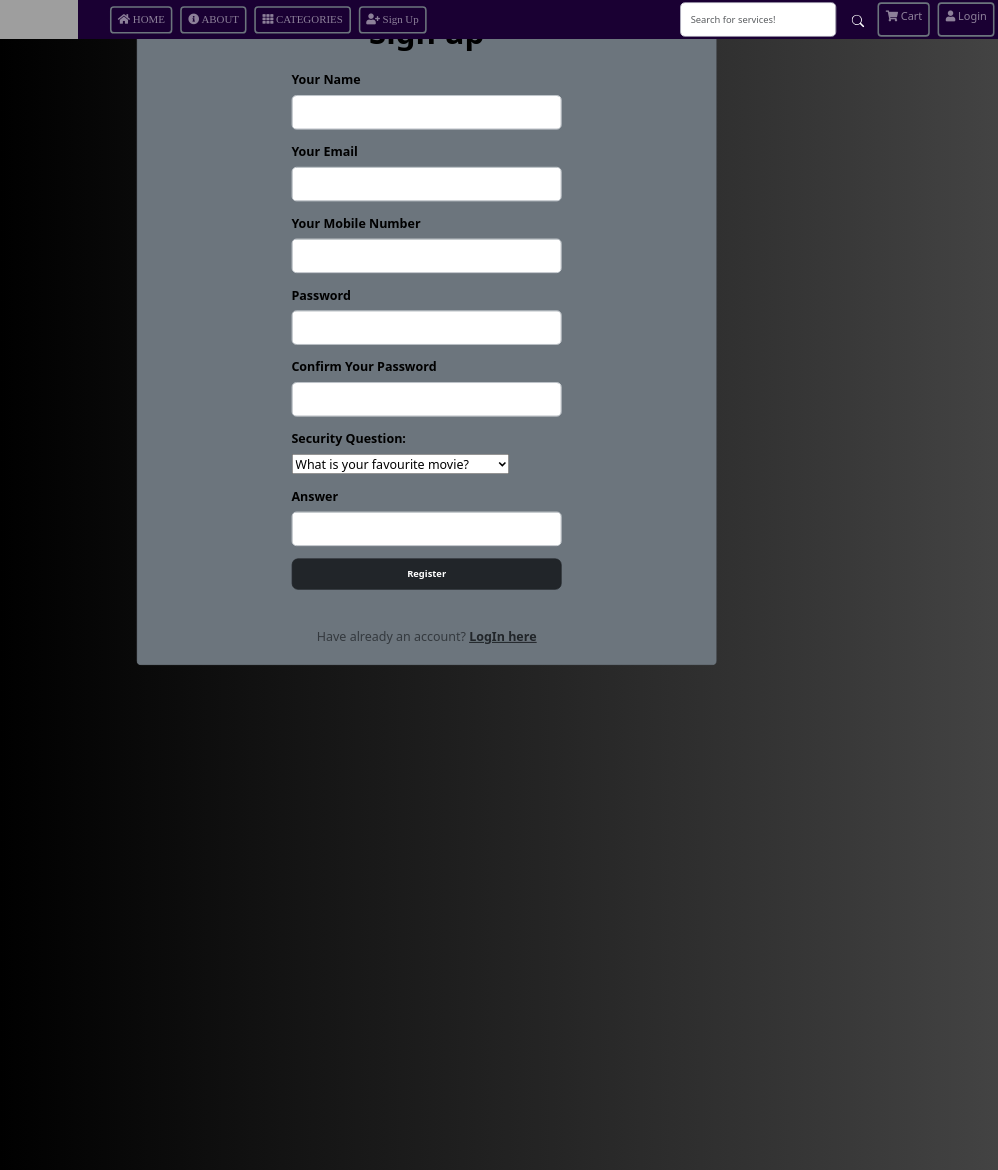
Repository: Ishanibmk/MOVIOT---An-OTT-Platform-using-Java-and-Springboot
Page: http://localhost/OTT/WEB-INF/view/signup.jsp
These files come from the project's save history. The page is drawn as it stood at one moment and after the next save; the edit follows.
The browser window is 1280 px wide. The pictures show the whole page, at 78% of full size.
Pictures or frames that could not be fetched are drawn as grey boxes. Some web libraries are served in a nearby version. The page is served by Tomcat 9. Nobody is signed in. Other server files are loaded and not shown. The template is opened directly, without the code that normally fills it, so the values that code supplies are empty.

Above is the page before, as saved 2024-03-02 14:25:02.

### Moviot/MOVIOT-main/ott/OTT/src/main/webapp/WEB-INF/view/signup.jsp
<%@ page language="java" contentType="text/html; charset=ISO-8859-1"
    pageEncoding="ISO-8859-1"%>
<jsp:include page="index_header.jsp" />
<!doctype html>
<html lang="en">
<head>
    <meta charset="utf-8">
    <meta name="viewport" content="width=device-width, initial-scale=1">
    <title>Registration Form For User</title>
    <link href="https://cdn.jsdelivr.net/npm/bootstrap@5.3.0-alpha1/dist/css/bootstrap.min.css" rel="stylesheet"
          integrity="sha384-GLhlTQ8iRABdZLl6O3oVMWSktQOp6b7In1Zl3/Jr59b6EGGoI1aFkw7cmDA6j6gD" crossorigin="anonymous">
  <style>
    body {
        background: linear-gradient(to right, #000000, #434343); /* Gradient background */
        color: #ffffff; /* White text color */
        min-height: 100vh; /* Ensure the background covers the full viewport height */
        margin: 0; /* Remove default margin */
        padding-top: 50px; /* Add padding on top */
    }
    .form-container {
        display: flex;
        justify-content: center;
        align-items: center;
        height: calc(100vh - 50px); /* Full viewport height minus padding */
    }
    .card {
        padding-top: 30px; /* Add space on the top of the card */
        margin-top: 30px; /* Add margin on the top of the card */
        max-width: calc(16vh * 9); /* Set maximum width for the card based on 9:16 ratio */
        width: 80%; /* Adjust the width of the card */
    }
    .form-label {
        font-size: 16px; /* Adjust font size of form labels */
    }
    .form-control {
        font-size: 12px; /* Adjust font size of form input fields */
        padding: 12px; /* Adjust padding of form input fields */
    }
    .btn-lg {
        font-size: 12px; /* Adjust font size of buttons */
        padding: 10px 20px; /* Adjust padding of buttons */
    }
</style>

</head>
<body>
<section class="form-container">
    <div class="col-lg-12 col-xl-9" >
        <div class="card text-black bg-secondary">
            <div class="card-body p-md-4">
                <div class="row justify-content-center">
                    <div class="col-md-10 col-lg-8 col-xl-7 order-2 order-lg-1">
                        <p class="text-center h1 fw-bold mb-4 mx-1 mx-md-4 mt-3"><b>Sign up</b></p>
                        <form action="regprocess" method="post" class="mx-1 mx-md-4">




                            <div class="mb-3">
                                <label for="validationDefault01" class="form-label"><b>Your Name</b></label>
                                <input type="text" id="validationDefault01" name="uname" class="form-control" required/>
                            </div>
                            <div class="mb-3">
                                <label class="form-label" for="form3Example3c"><b>Your Email</b></label>
                                <input type="email" id="form3Example3c" name="uemail" class="form-control"/>
                            </div>
                            <div class="mb-3">
                                <label class="form-label" for="form3Example3c"><b>Your Mobile Number</b></label>
                                <input type="mobile" id="form3Example3c" name="uphno" class="form-control"/>
                            </div>
                            <div class="mb-3">
                                <label class="form-label" for="form3Example4c"><b>Password</b></label>
                                <input type="password" id="form3Example4c" name="upass" class="form-control"/>
                            </div>
                            <div class="mb-3">
                                <label class="form-label" for="form3Example4cd"><b>Confirm Your Password</b></label>
                                <input type="password" id="form3Example4cd" name="conpass" class="form-control"/>
                            </div>
                            <div class="mb-3">
                                <label class="form-label" for="form3Example4cd"><b>Security Question:</b></label>
                                <select name="SecurityQuestion" class="backup" required>
                                    <option value="What was the name of your childhood friend?">What is your favourite movie?</option>
                                    <option value="What was the name of your first car?">Which movie makes you cry?</option>
                                    <option value="What is your favourate food?">What movie makes you feel good?</option>
                                </select>
                            </div>
                            <div class="mb-3">
                                <label class="form-label" for="form3Example4cd"><b>Answer</b></label>
                                <input type="text" id="form3Example4cd" name="uans" class="form-control"/>
                            </div>
                            <div class="d-grid gap-2">
                                <button type="submit" class="btn btn-dark btn-lg"><b>Register</b></button>
                            </div>
                            <p class="text-center text-muted mt-5 mb-0">Have already an account? <a href='login.jsp'
                                                                                                    class="fw-bold text-body"><u>LogIn
                                    here</u></a></p>
                        </form>
                    </div>
                </div>
            </div>
        </div>
    </div>
</section>


<script src="https://cdn.jsdelivr.net/npm/bootstrap@5.3.0-alpha1/dist/js/bootstrap.bundle.min.js"
        integrity="sha384-w76AqPfDkMBDXo30jS1Sgez6pr3x5MlQ1ZAGC+nuZB+EYdgRZgiwxhTBTkF7CXvN"
        crossorigin="anonymous"></script>
</body>
</html>

### Moviot/MOVIOT-main/ott/OTT/src/main/webapp/WEB-INF/view/index_header.jsp
<!DOCTYPE html>
<html lang="en">
<head>
  <title>OTT PLATFORM</title>
  <meta charset="utf-8">
  <meta name="viewport" content="width=device-width, initial-scale=1">
  <link rel="stylesheet" href="https://maxcdn.bootstrapcdn.com/bootstrap/4.0.0-beta.2/css/bootstrap.min.css">
  <script src="https://ajax.googleapis.com/ajax/libs/jquery/3.2.1/jquery.min.js"></script>
  <script src="https://cdnjs.cloudflare.com/ajax/libs/popper.js/1.12.6/umd/popper.min.js"></script>
  <script src="https://maxcdn.bootstrapcdn.com/bootstrap/4.0.0-beta.2/js/bootstrap.min.js"></script>
  <!-- Add Font Awesome CDN -->
  <link rel="stylesheet" href="https://cdnjs.cloudflare.com/ajax/libs/font-awesome/5.15.4/css/all.min.css">
  <style>
    /* Custom CSS for navbar styling */
    .navbar {
      background-color: hsl(270, 100%, 10%); /* Dark background color */
      height: 50px; /* Adjust the height as needed */
    }
    .navbar-brand img {
      margin-right: 20px; /* Adjust as needed */
    }
    .navbar-nav .nav-item {
      border: 2px solid #6c757d; /* Gray border */
      border-radius: 5px;
      margin: 0 5px;
    }
    .navbar-nav .nav-link {
      padding: 5px 10px; /* Adjust padding */
      font-size: 14px; /* Adjust font size */
      color: #fff; /* White text color */
    }
    .navbar-nav .nav-item:hover .nav-link {
      background-color: black; /* Gray background color */
    }
    .navbar-nav .form-control {
      margin-right: 10px; /* Adjust as needed */
    }
    .navbar-nav .btn-outline-light {
      color: #fff; /* White text color */
    }
  </style>
</head>
<body style="height:1500px">
<nav class="navbar navbar-expand-sm navbar-dark fixed-top">
  <a class="navbar-brand" href="#"><img src="https://static.vecteezy.com/system/resources/previews/002/700/780/original/neon-cinema-film-in-purple-and-violet-color-illustration-of-cinema-film-with-play-icon-consisting-of-neon-outlines-with-backlight-on-the-dark-brick-wall-background-vector.jpg" width="100" height="50"> </a>
  <ul class="navbar-nav mr-auto">
    <li class="nav-item">
      <a class="nav-link" href="index" style="font-family: Nunito;"><i class="fas fa-home"></i> HOME</a>
    </li>
    <li class="nav-item">
      <a class="nav-link" href="about" style="font-family: Nunito;"><i class="fas fa-info-circle"></i> ABOUT</a>
    </li>
    <li class="nav-item">
      <a class="nav-link" href="catagory" style="font-family: Nunito;"><i class="fas fa-th"></i> CATEGORIES</a>
    </li>
    <li class="nav-item">
      <a class="nav-link" href="signup" style="font-family: Nunito;"><i class="fas fa-user-plus"></i> Sign Up</a>
    </li>
  </ul>
  <ul class="navbar-nav ml-auto">
    <form class="form-inline my-2 my-lg-0">
      <input class="form-control mr-sm-2" type="search" placeholder="Search for services!" aria-label="Search">
      <button class="btn btn-outline-light my-2 my-sm-0" type="submit" style="border: none;">
        <svg xmlns="http://www.w3.org/2000/svg" width="16" height="16" fill="currentColor" class="bi bi-search" viewBox="0 0 16 16">
          <path d="M11.742 10.344a6.5 6.5 0 1 0-1.397 1.398h-.001c.03.04.062.078.098.115l3.85 3.85a1 1 0 0 0 1.415-1.414l-3.85-3.85a1.007 1.007 0 0 0-.115-.1zM12 6.5a5.5 5.5 0 1 1-11 0 5.5 5.5 0 0 1 11 0z"/>
        </svg>
      </button>
    </form>
    <li class="nav-item">
      <a class="nav-link" href="#"><i class="fas fa-shopping-cart"></i> Cart</a>
    </li>
    <li class="nav-item">
      <a class="nav-link" href="#"><i class="fas fa-user"></i> Login</a>
    </li>
  </ul>
</nav>
</body>
</html>

After the next save:
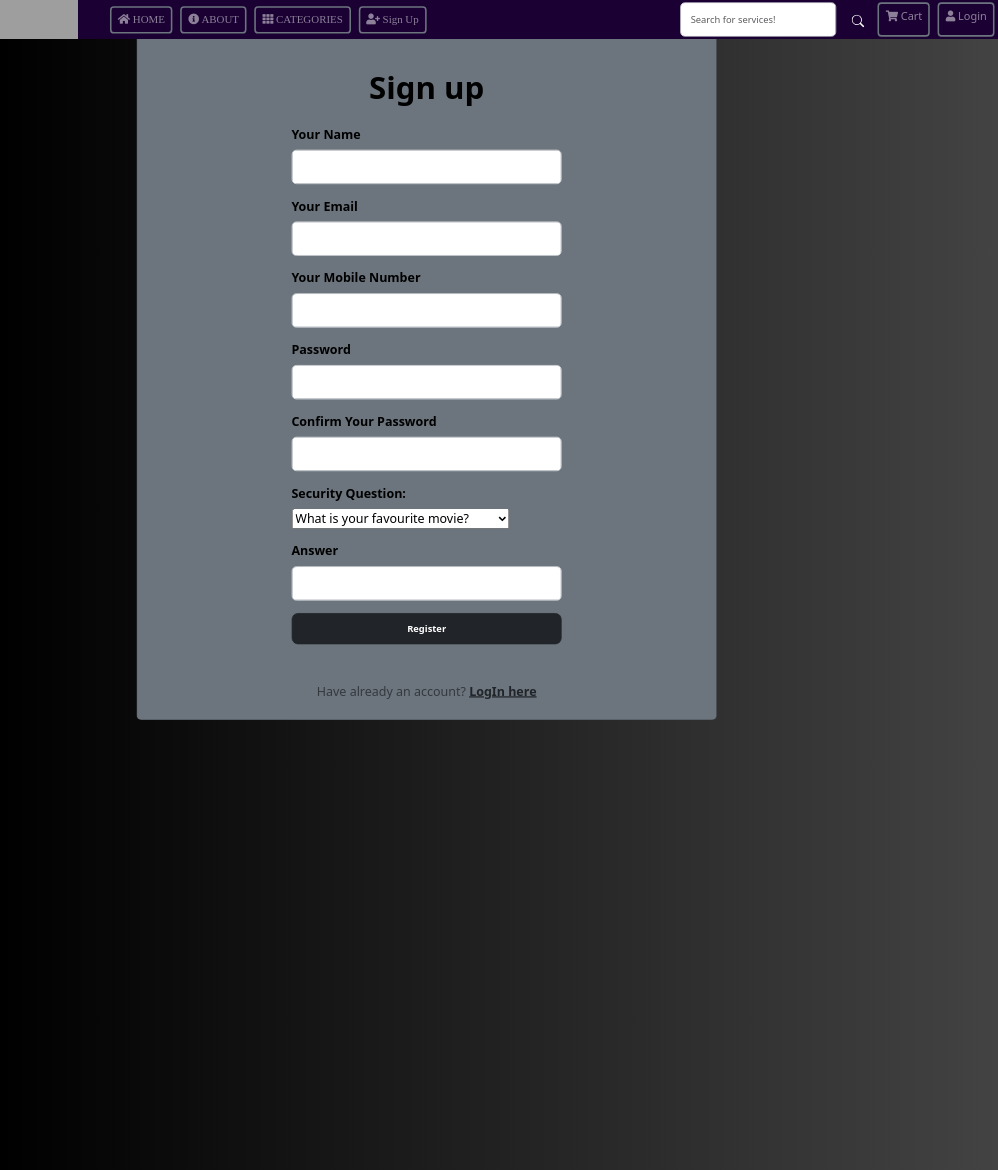
Saved 31 s later.
--- a/Moviot/MOVIOT-main/ott/OTT/src/main/webapp/WEB-INF/view/signup.jsp
+++ b/Moviot/MOVIOT-main/ott/OTT/src/main/webapp/WEB-INF/view/signup.jsp
@@ -24,8 +24,8 @@
         height: calc(100vh - 50px); /* Full viewport height minus padding */
     }
     .card {
-        padding-top: 30px; /* Add space on the top of the card */
-        margin-top: 30px; /* Add margin on the top of the card */
+        padding-top: 100px; /* Add space on the top of the card */
+        margin-top: 100px; /* Add margin on the top of the card */
         max-width: calc(16vh * 9); /* Set maximum width for the card based on 9:16 ratio */
         width: 80%; /* Adjust the width of the card */
     }
